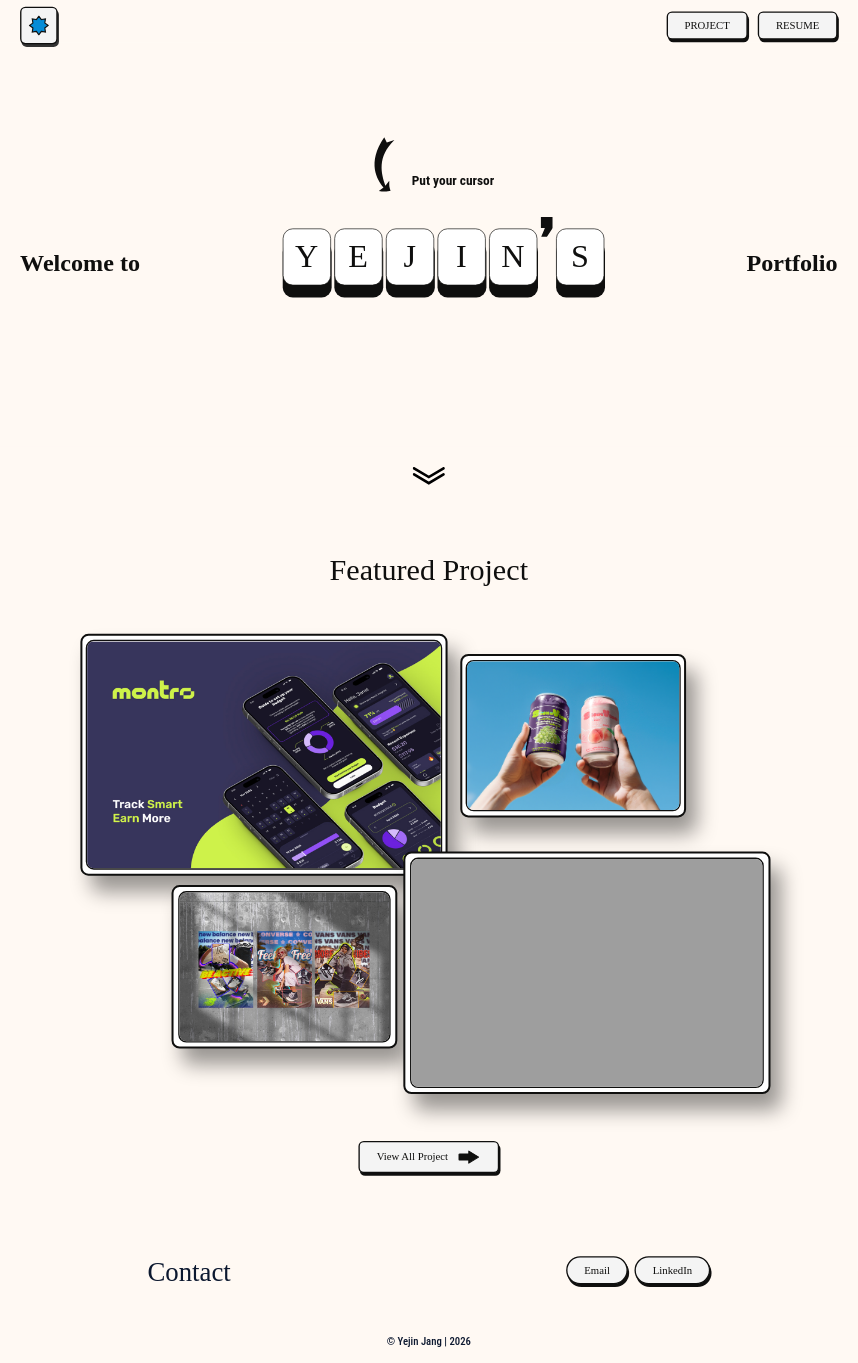
Repository: Yejin-Digital/Yejin.J.Portfolio
Page: /
An editor plug-in stored every save of this project. The page is shown before and after the next save, followed by the edit.
The browser window is 1280 px wide. The pictures show the whole page, at 67% of full size.
Pictures or frames that could not be fetched are drawn as grey boxes. The project was rebuilt for these pictures with package versions that can differ from the ones it lists, and the page was loaded fresh each time. Also part of the build but not shown: vite.config.js, src/styles/Project.module.css, src/styles/ProjectSelection.module.css, src/components/ProjectSelection.jsx, src/pages/Project.jsx, src/styles/Packaging.module.css, src/styles/Mockup.module.css, src/components/Mockup.jsx and 7 more.

Above is the page before, as saved 2026-02-15 02:37:52.

### index.html
<!DOCTYPE html>
<html lang="en">
  <head>
    <meta charset="UTF-8" />
    <link rel="preconnect" href="https://fonts.googleapis.com" />
    <link rel="preconnect" href="https://fonts.gstatic.com" crossorigin />
    <link
      href="https://fonts.googleapis.com/css2?family=Nunito:wght@800;900&display=swap"
      rel="stylesheet"
    />
    <link rel="icon" type="image/svg+xml" href="/favcon.svg" />
    <meta name="viewport" content="width=device-width, initial-scale=1.0" />
    <script src="https://cdnjs.cloudflare.com/ajax/libs/pdf.js/3.11.174/pdf.min.js"></script>
    <title>yejin.j.portfolio</title>
  </head>
  <body>
    <div id="root"></div>
    <script type="module" src="/src/main.jsx"></script>
  </body>
</html>

### src/App.jsx
import './App.css';
import { BrowserRouter, Routes, Route } from 'react-router-dom';
import NavigationBar from './components/NavigationBar.jsx';
import Footer from './components/Footer.jsx';
import LandingProject from './components/LandingProject.jsx';
import WelcomeYejins from './components/WelcomeYejins.jsx';
import ScrollToTop from './components/ScrollToTop.jsx';
import Project from './pages/Project.jsx';
import Packaging from './pages/Packaging.jsx';
import Poster from './pages/Poster.jsx';
import Resume from './pages/Resume.jsx';
import Magazine from './pages/Magazine.jsx';
import image from './assets/Landing_image.png';

function Home() {
  return (
    <div className="home-page">
      <WelcomeYejins />
      <div className={'arrowContainer'}>
        <svg
          xmlns="http://www.w3.org/2000/svg"
          width="48"
          height="27"
          viewBox="0 0 48 27"
          fill="none"
        >
          <path
            d="M2.00031 2L24.0003 15L46.0003 2"
            stroke="black"
            stroke-width="4"
            stroke-linecap="round"
          />
          <path
            d="M2.00031 11L24.0003 24L46.0003 11"
            stroke="black"
            stroke-width="4"
            stroke-linecap="round"
          />
        </svg>
      </div>
      <LandingProject />
    </div>
  );
}

function App() {
  return (
    <BrowserRouter>
      <div className="app">
        <ScrollToTop />
        <NavigationBar />
        <main className="app-main">
          <Routes>
            <Route path="/" element={<Home />} />
            <Route path="/projects" element={<Project />} />
            <Route path="/packaging" element={<Packaging />} />
            <Route path="/poster" element={<Poster />} />
            <Route path="/resume" element={<Resume />} />
            <Route path="/magazine" element={<Magazine />} />
          </Routes>
        </main>
        <Footer />
      </div>
    </BrowserRouter>
  );
}

export default App;

### src/App.css
.app {
  background: var(--Background, #fff9f3);
  display: flex;
  flex-direction: column;
  min-height: 100vh;
}

/* 고정 네비 아래 콘텐츠 영역 (padding-top으로 네비 높이 확보) */
.app-main {
  flex: 1;
  padding-top: 64px;
}

.home-page {
  padding-top: 0;
}

.landing-image {
  display: flex;
  justify-content: center;
  width: 100%;
  height: 100vh; /* full viewport height */
  overflow: hidden; /* hide cropped parts */
}

.landing-image img {
  width: 100%;
  height: 100%;
  object-fit: contain; /* ensure the entire image is visible (no cropping) */
  object-position: center;
  display: block; /* remove inline whitespace */
}

.arrowContainer {
  display: flex;
  justify-content: center;
  align-items: center;
  margin-top: 30px;
}

### src/components/NavigationBar.jsx
import Buttons from './Buttons.jsx';
import { Link } from 'react-router-dom';
import style from '../styles/NavigationBar.module.css';

export default function NavigationBar() {
  return (
    <nav className={style.navLayout}>
      <Buttons
        label="HOME"
        onClick={() => <Link to="/" />}
        variant="home"
        icon={
          <svg
            xmlns="http://www.w3.org/2000/svg"
            width="30"
            height="30"
            viewBox="0 0 35 35"
            fill="none"
          >
            <path
              d="M21.5146 6.78613L21.7842 7.15625L22.2373 7.08496L28.9736 6.02539L27.915 12.7627L27.8438 13.2158L28.2139 13.4854L33.7256 17.5L28.2139 21.5146L27.8438 21.7842L27.915 22.2373L28.9736 28.9736L22.2373 27.915L21.7842 27.8438L21.5146 28.2139L17.5 33.7256L13.4854 28.2139L13.2158 27.8438L12.7627 27.915L6.02539 28.9736L7.08496 22.2373L7.15625 21.7842L6.78613 21.5146L1.27344 17.5L6.78613 13.4854L7.15625 13.2158L7.08496 12.7627L6.02539 6.02539L12.7627 7.08496L13.2158 7.15625L13.4854 6.78613L17.5 1.27344L21.5146 6.78613Z"
              fill="#058CD7"
              stroke="#0F0F0E"
              stroke-width="2"
            />
          </svg>
        }
      />
      <div className={style.navLayoutButtons}>
        <Buttons
          label="RESUME"
          onClick={() => <Link to="/resume" />}
          variant="default"
          icon={null}
        />
        <Buttons
          label="PROJECT"
          onClick={() => <Link to="/projects" />}
          variant="default"
          icon={null}
        />
      </div>
    </nav>
  );
}

### src/components/Footer.jsx
import style from '../styles/Footer.module.css';
import Buttons from './Buttons.jsx';

export default function Footer() {
  const year = new Date().getFullYear();

  return (
    <footer className={style.footer}>
      <div className={style.container}>
        <div className={style.contact}>
          <p>Contact</p>
          <div className={style.contactLink}>
            <a
              href="https://mail.google.com/mail/?view=cm&fs=1&to=ylmsicb@gmail.com"
              target="_blank"
              rel="noreferrer"
              className={style.contactAnchor}
            >
              <Buttons label="Email" variant="round" icon={null} />
            </a>
            <a
              href="https://www.linkedin.com/in/yejin-j"
              target="_blank"
              rel="noreferrer"
              className={style.contactAnchor}
            >
              <Buttons label="LinkedIn" variant="round" icon={null} />
            </a>
          </div>
        </div>
        <p className={style.copy}>© Yejin Jang | {year}</p>
      </div>
    </footer>
  );
}

### src/components/LandingProject.jsx
import style from '../styles/LandingProject.module.css';
import image1 from '../assets/poster_image1.jpg';
import image2 from '../assets/magazine1.jpg';
import image3 from '../assets/can_mockup2.jpg';
import image4 from '../assets/montro_image1.jpg';
import { Link } from 'react-router-dom';
import Buttons from './Buttons.jsx';

const CARDS = [
  {
    id: 'uiux',
    src: image4,
    alt: 'Montro UI/UX project',
    to: '/projects',

    gridClass: style.cellTopLeft,
  },
  {
    id: 'packaging',
    src: image3,
    alt: 'Can Packaging design project',
    to: '/packaging',

    gridClass: style.cellTopRight,
  },
  {
    id: 'graphic',
    src: image1,
    alt: 'Poster design project',
    to: '/poster',

    gridClass: style.cellBottomLeft,
  },
  {
    id: 'editorial',
    src: image2,
    alt: 'Magazine design project',
    to: '/magazine',
    gridClass: style.cellBottomRight,
  },
];

export default function LandingProject() {
  return (
    <div className={style.landingProject}>
      <h3>Featured Project</h3>
      <div className={style.grid}>
        {CARDS.map((card) => (
          <div key={card.id} className={`${style.cardWrap} ${card.gridClass}`}>
            <span className={`${style.cardLabel} ${card.labelClass}`}>
              {card.label}
            </span>
            <Link to={card.to} className={style.card}>
              <img src={card.src} alt={card.alt} />
            </Link>
          </div>
        ))}
      </div>
      <Link to="/projects" className={style.viewAll}>
        <Buttons
          label="View All Project"
          variant="icon"
          icon={
            <svg
              xmlns="http://www.w3.org/2000/svg"
              width="39"
              height="24"
              viewBox="0 0 39 24"
              fill="none"
            >
              <path
                d="M20.7188 3L35.3438 12L20.7188 21L20.7188 16.5L7.3125 16.5C6.98927 16.5 6.67927 16.421 6.45071 16.2803C6.22215 16.1397 6.09375 15.9489 6.09375 15.75L6.09375 8.25C6.09375 8.05109 6.22215 7.86032 6.45071 7.71967C6.67927 7.57902 6.98927 7.5 7.3125 7.5L20.7188 7.5L20.7188 3Z"
                fill="#0F0F0E"
                stroke="#0F0F0E"
                strokeWidth="1.5"
                strokeLinecap="round"
                strokeLinejoin="round"
              />
            </svg>
          }
        />
      </Link>
    </div>
  );
}

### src/components/Buttons.jsx
import style from '../styles/Buttons.module.css';

const VARIANTS = ['default', 'home', 'icon', 'round', 'category'];

export default function NavigationButton({
  label,
  onClick,
  variant = 'default',
  icon,
}) {
  const variantClass =
    variant !== 'default' && VARIANTS.includes(variant) ? style[variant] : '';
  const showTextAndIcon =
    (variant === 'home' || variant === 'icon') && icon != null;

  const content = showTextAndIcon ? (
    <span className={style.buttonContent}>
      {variant === 'home' ? (
        <>
          <span className={style.buttonIcon}>{icon}</span>
          <span className={style.buttonLabel}>{label}</span>
        </>
      ) : (
        <>
          <span className={style.buttonLabel}>{label}</span>
          <span className={style.buttonIconArrow}>{icon}</span>
        </>
      )}
    </span>
  ) : (
    label
  );

  return (
    <div className={style.navButtons}>
      <button
        className={`${style.navButton} ${variantClass}`.trim()}
        onClick={onClick}
        aria-label={label}
      >
        {content}
      </button>
    </div>
  );
}

### src/styles/NavigationBar.module.css
.navLayoutButtons {
  display: flex;
  flex-direction: row-reverse;
  gap: 15px;
  box-sizing: border-box;
}

.navLayout {
  position: fixed;
  top: 0;
  left: 0;
  right: 0;
  z-index: 1000;
  display: flex;
  flex-direction: row;
  justify-content: space-between;
  align-items: center;
  width: 100%;
  min-height: 64px;
  padding: 10px 30px 15px;
  box-sizing: border-box;
  background: transparent;
  transition:
    background 0.3s ease,
    backdrop-filter 0.3s ease,
    box-shadow 0.3s ease;
}

/* glass effect when scrolled*/
.navLayoutScrolled {
  background: rgba(255, 249, 243, 0.4);
  backdrop-filter: blur(12px);
  -webkit-backdrop-filter: blur(12px);
}

### src/styles/Footer.module.css
.footer {
  position: relative; /* allow spanning full viewport */
  left: 50%;
  right: 50%;
  margin-left: -50vw; /* pull to screen left edge */
  margin-right: -50vw; /* pull to screen right edge */
  width: 100vw; /* full viewport width, ignoring parent padding */
  background: none;
  padding: 24px 16px;
  box-sizing: border-box;
}

.container {
  max-width: 1100px;
  margin: 0 auto;
  display: flex;
  flex-direction: column;
  justify-content: space-around;
  gap: 70px;
}

.copy {
  color: var(--Foundation-Blue-Darker, #0c182f);
  font-family: 'Roboto Condensed';
  font-size: 16px;
  font-style: normal;
  font-weight: 500;
  line-height: normal;
  text-align: center;
}

.contact {
  color: var(--Foundation-Blue-Darker, #0c182f);
  font-family: 'Alfa Slab One';
  font-size: 40px;
  font-style: normal;
  font-weight: 400;
  line-height: normal;
  display: flex;
  flex-direction: row;
  justify-content: space-between;
  margin: 0 0 0 130px;
}

.contactLink {
  display: flex;
  flex-direction: row;
  justify-content: flex-end;
  gap: 10px;
  margin: 0 130px 0 0;
}

.contactAnchor {
  text-decoration: none;
  border-bottom: none;
}

.contactAnchor:hover,
.contactAnchor:focus {
  text-decoration: none;
}

@media (max-width: 900px) {
  .footer {
    padding: 10px 16px;
    width: 100%;
    left: 0;
    right: 0;
    margin-left: 0;
    margin-right: 0;
  }

  .container {
    display: flex;
    flex-direction: column;
    justify-content: center;
    align-items: center;
    gap: 80px;
  }

  .contact {
    margin: 40px 30px 0 30px;
    font-size: 36px;
    flex-direction: row;
    gap: 140px;
    align-items: flex-start;
  }

  .contactLink {
    font-size: 20px;
  }

  .copy {
    font-size: 18px;
  }
}

@media (max-width: 640px) {
  .footer {
    width: 100%;
    left: 0;
    right: 0;
    margin-left: 0;
    margin-right: 0;
    padding: 12px 12px;
  }

  .container {
    display: flex;
    flex-direction: column;
    gap: 50px;
  }

  .contact {
    margin: 30px 20px 0 20px;
    font-size: 28px;
    gap: 80px;
    display: flex;
    flex-direction: row;
    justify-content: center;
    align-items: center;
  }

  .contactLink {
    font-size: 18px;
  }

  .copy {
    font-size: 12px;
  }
}

### src/styles/LandingProject.module.css
.landingProject {
  font-family: Satoshi, sans-serif;
  display: flex;
  flex-direction: column;
  padding: 0 100px;
  margin: 100px 0;
  gap: 40px;
}

.landingProject h3 {
  color: #0f0f0e;
  font-family: 'Alfa Slab One', serif;
  font-size: 45px;
  font-style: normal;
  font-weight: 400;
  line-height: normal;
  text-align: center;
  margin: 0;
}

.grid {
  display: grid;
  grid-template-columns: 1fr 1fr;
  grid-template-rows: auto auto;
  gap: 24px;
}

.cardWrap {
  position: relative;
  display: flex;
  flex-direction: column;
  align-items: flex-start;
}

.cellTopLeft {
  grid-area: 1 / 1;
  top: 30px;
  right: -20px;
}

.cellTopRight {
  grid-area: 1 / 2;
  top: 60px;
  right: -35px;
}

.cellBottomLeft {
  grid-area: 2 / 1;
  align-items: flex-end;
  top: 20px;
  right: 35px;
}

.cellBottomRight {
  grid-area: 2 / 2;
  z-index: 1;
  top: -30px;
  right: 50px;
}

.card {
  display: flex;
  align-items: center;
  justify-content: center;
  width: 100%;
  overflow: hidden;
  border-radius: 12px;
  border: 3px solid #0f0f0e;
  background: #fff;
  text-decoration: none;
  color: inherit;
  padding: 8px 7px;
  filter: drop-shadow(3px 7px 0 #000);
  filter: drop-shadow(16px 24px 15px rgba(0, 0, 0, 0.4));

  transition:
    transform 0.25s ease,
    box-shadow 0.25s ease;
}

.card:hover {
  transform: translateY(-2px);
  box-shadow: 0 8px 24px rgba(15, 15, 14, 0.12);
}

.card img {
  width: 100%;
  height: 100%;
  display: block;
  border-radius: 12px;
  border: 2px solid #0f0f0e;
  object-fit: cover;
  object-position: center;
}

.cellTopLeft .card,
.cellBottomRight .card {
  aspect-ratio: 434 / 279;
}

.cellTopRight .card,
.cellBottomLeft .card {
  aspect-ratio: 298 / 209;
  width: 60%;
  height: auto;
}

.viewAll {
  display: flex;
  flex-direction: row;
  justify-content: center;
  align-items: center;
  gap: 15px;
  text-decoration: none;
  cursor: pointer;
}

.viewAll:link,
.viewAll:visited,
.viewAll:hover,
.viewAll:active {
  text-decoration: none;
}

@media (max-width: 900px) {
  .grid {
    grid-template-columns: 1fr;
    grid-template-rows: auto;
    gap: 32px;
  }

  .cellTopLeft {
    grid-area: auto;
  }
  .cellTopRight {
    grid-area: auto;
  }
  .cellBottomLeft {
    grid-area: auto;
  }
  .cellBottomRight {
    grid-area: auto;
  }
}

@media (max-width: 640px) {
  .landingProject {
    padding: 0 20px;
    margin: 60px 0;
    gap: 28px;
  }

  .landingProject h3 {
    font-size: 32px;
  }

  .grid {
    gap: 24px;
  }

  .cardLabel {
    padding: 6px 12px;
    font-size: 12px;
    margin-bottom: 8px;
  }
}

### src/styles/WelcomeYejins.module.css
.section {
  background: var(--Background, #fff9f3);
  padding: 150px 30px 70px;
  display: flex;
  flex-direction: column;
  align-items: center;
  justify-content: center;
  min-height: 40vh;
  position: relative;
}

.lineBlock {
  position: relative;
  width: 100%;
}

.cursorHint {
  display: flex;
  justify-content: center;
  align-items: flex-end;
  padding-bottom: 10px;
  margin-bottom: 50px;
  color: var(--Black, #0f0f0e);
  font-family: 'Roboto Condensed';
  font-size: 20px;
  font-style: normal;
  font-weight: 700;
  line-height: normal;
}

.cursorArrow {
  font-size: 18px;
  transform: scaleY(0.6);
  display: inline-block;
  line-height: 1;
  transform: rotate(-45deg);
}

.line {
  position: relative;
  display: flex;
  flex-wrap: wrap;
  align-items: center;
  justify-content: space-between;
  width: 100%;
}

.staticText {
  font-family: 'Alfa Slab One', serif;
  font-size: 36px;
  font-weight: 600;
  color: #0f0f0e;
}

.letters {
  display: flex;
  align-items: flex-start;
  justify-content: center;
  flex-wrap: wrap;
  gap: 7px;
}

.letterGroup {
  display: inline-flex;
  align-items: flex-start;
  gap: 5px;
}

.apostrophe {
  font-family: 'Alfa Slab One', serif;
  font-size: clamp(24px, 4vw, 36px);
  font-weight: 700;
  color: #0f0f0e;
  position: relative;
  z-index: 1;
  top: -20px;
}

.letterWrapper {
  position: relative;
  display: inline-flex;
  flex-direction: column;
  align-items: center;
}

.letterBoxContainer {
  position: relative;
  width: 70px;
  height: 103px;
  border-radius: 15px;
  cursor: pointer;
}

.letterShadow {
  position: absolute;
  left: 0;
  top: 20px;
  width: 73px;
  height: 83px;
  background: #0f0f0e;
  border-radius: 15px;
}

.letterBox {
  display: flex;
  align-items: center;
  justify-content: center;
  position: absolute;
  left: 0;
  top: 0;
  width: 70px;
  height: 83px;
  background: #fff;
  border-radius: 15px;
  border: 1.5px solid #0f0f0e;
  transition:
    background-color 0.25s ease,
    top 0.2s ease;
}

.letterBoxContainerActive .letterBox {
  top: 10px;
}

.letterBoxActive {
  background: var(--letter-color);
}

.letterChar {
  position: absolute;
  left: 0;
  top: 0;
  width: 70px;
  height: 83px;
  display: flex;
  align-items: center;
  justify-content: center;
  font-family: 'Alfa Slab One', serif;
  color: #0f0f0e;
  font-size: 48px;
  font-weight: 400;
  line-height: 1;
  transition: top 0.2s ease;
}

.letterBoxContainerActive .letterChar {
  top: 20px;
}

.bubble {
  position: absolute;
  top: -200px;
  left: 52%;
  transform: translateX(-50%);
  display: flex;
  align-items: center;
  justify-content: center;
  width: 750px;
  height: 186px;
  background: none;
  z-index: 3;
}

.bubbleBg {
  position: absolute;
  inset: 0;
  z-index: 1;
  display: flex;
  align-items: center;
  justify-content: center;
  pointer-events: none;
}

.bubbleBg img {
  width: 100%;
  height: 100%;
  object-fit: contain;
  object-position: center;
}

.bubbleText {
  position: relative;
  z-index: 2;
  display: flex;
  align-items: center;
  justify-content: center;
  color: #0f0f0e;
  font-family: 'Roboto Condensed', sans-serif;
  font-size: 28px;
  font-weight: 700;
  white-space: nowrap;
  padding: 0 20px;
  transform: translateY(-12px);
}

.description {
  margin-top: 80px;
  text-align: center;
  color: var(--Black, #0f0f0e);
  font-family: 'Roboto Flex', sans-serif;
  font-size: 28px;
  font-style: normal;
  font-weight: 400;
  line-height: normal;
  min-height: 2.6em;
  opacity: 0;
  transform: translateY(4px);
  transition:
    opacity 0.3s ease,
    transform 0.3s ease;
}

.descriptionVisible {
  opacity: 1;
  transform: translateY(0);
}

.description strong {
  color: var(--description-strong-color, #333);
  font-weight: 700;
}

@media (max-width: 640px) {
  .section {
    padding: 40px 16px 60px;
    min-height: 35vh;
  }

  .line {
    gap: 4px 6px;
  }

  .letterBoxContainer {
    width: 56px;
    height: 82px;
  }

  .letterShadow {
    width: 56px;
    height: 82px;
  }

  .letterBox {
    width: 56px;
    height: 66px;
  }

  .letterChar {
    width: 56px;
    height: 66px;
    font-size: 56px;
  }

  .letterBoxContainerActive .letterBox,
  .letterBoxContainerActive .letterChar {
    top: 16px;
  }

  .bubbleText {
    font-size: 14px;
  }

  .description {
    font-size: 18px;
    padding: 0 12px;
  }
}

### src/styles/Buttons.module.css
/*
  NavigationPageButtons variant별 세부 스타일 변경 가이드
  ─────────────────────────────────────────────────────
  • default : .navButton 베이스만 사용. 바꾸려면 .navButton의
    padding, border-radius, border, background, box-shadow, color, font-* 수정.

  • home    : .home 클래스. 배경/글자색 → background, color.
    그림자 → box-shadow. 호버 → .home:hover 의 background.

  • icon    : .icon 클래스. 크기 → padding, min-width, min-height.
    모양 → border-radius (정사각형이면 12px, 원이면 50% 등).

  • round   : .round 클래스. 둥글기 → border-radius (캡슐 9999px 유지 또는 값 조정).

  • category: .category 클래스. 테두리/배경 → border, background.
    호버 배경 → .category:hover 의 background. 모서리 → border-radius.
*/

.navButtons {
  display: flex;
  gap: 20px;
  justify-content: center;
}

/* Default Button*/
.navButton {
  display: flex;
  justify-content: center;
  align-items: center;
  width: auto;
  padding: 10px 25px;
  border-radius: 8px;
  border: 2px solid #0f0f0e;
  background: #f4f4f4;
  box-shadow: 2px 4px 0 0 #0f0f0e;
  color: var(--Black, #0f0f0e);
  text-align: center;
  font-family: 'Alfa Slab One';
  font-size: 16px;
  font-style: normal;
  font-weight: 400;
  line-height: normal;
  cursor: pointer;
}

.navButton:hover {
  background: #0f0f0e;
  color: #f4f4f4;
}

.home {
  background: #f4f4f4;
  color: #0f0f0e;
  box-shadow: 2px 4px 0 0 #333;
  padding: 11px 11px;
  transition:
    padding 0.3s ease,
    box-shadow 0.15s ease,
    background 0.15s ease;
}

.home:hover {
  padding: 11px 20px;
  background: #f4f4f4;
  color: #0f0f0e;
}

.home .buttonContent {
  gap: 0;
  transition: gap 0.25s ease;
}

.home:hover .buttonContent {
  gap: 10px;
}

.home .buttonLabel {
  max-width: 0;
  opacity: 0;
  overflow: hidden;
  white-space: nowrap;
  transition:
    max-width 0.35s ease,
    opacity 0.3s ease;
}

.home:hover .buttonLabel {
  max-width: 200px;
  opacity: 1;
}

.buttonContent {
  display: inline-flex;
  align-items: center;
  justify-content: center;
  gap: 10px;
}

.buttonLabel {
  flex-shrink: 0;
}

.buttonIcon {
  display: inline-flex;
  align-items: center;
  justify-content: center;
  flex-shrink: 0;
}

.buttonIconArrow {
  display: inline-flex;
  align-items: center;
  justify-content: center;
  flex-shrink: 0;
}

.navButton:hover .buttonIconArrow {
  color: #f4f4f4;
}

.navButton:hover .buttonIconArrow svg,
.navButton:hover .buttonIconArrow path {
  fill: #f4f4f4;
  stroke: #f4f4f4;
}

.round {
  border-radius: 9999px;
}

.category {
  border-radius: 8px;
  background: #fff;
  color: #000;
}

.navButton.active {
  background: #0f0f0e;
  color: #f4f4f4;
}

Loaded but not shown: src/main.jsx (common file); src/index.css (common file); src/components/ScrollToTop.jsx (common file); src/components/WelcomeYejins.jsx (174 lines, source omitted)

After the next save:
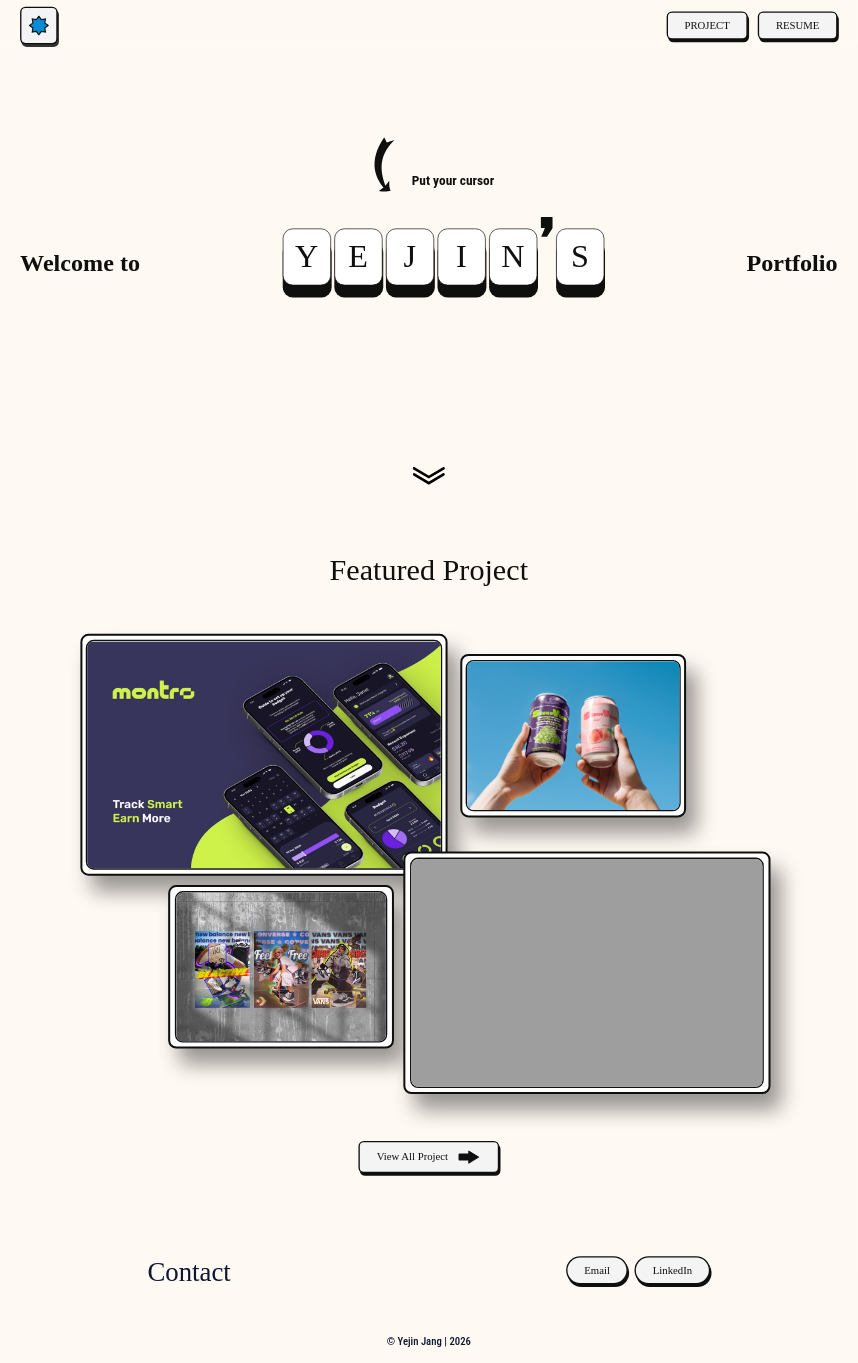
Saved 5 s later.
--- a/src/styles/LandingProject.module.css
+++ b/src/styles/LandingProject.module.css
@@ -48,7 +48,7 @@
   grid-area: 2 / 1;
   align-items: flex-end;
   top: 20px;
-  right: 35px;
+  right: 40px;
 }
 
 .cellBottomRight {
